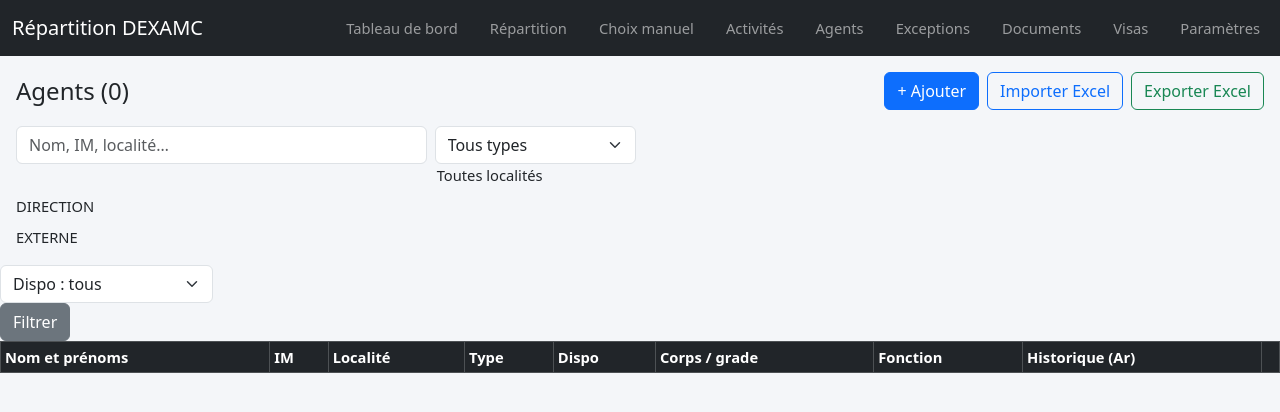
Repository: Mikandry/vacation
Page: http://localhost/agents
The author's editor kept a copy of each file at every save. The page is drawn from the files as they stood at one save, then again after the next save.
The browser window is 1280 px wide. The pictures show the whole page.
The page is served by the project's Laravel application, run on PHP 8.4 with Laravel 12. Other server files are loaded and not shown. Queries for data that is not in the repository find no rows.

Above is the page before, as saved 2026-10-18 22:17:21.

### routes/web.php
<?php
use App\Http\Controllers\{ActivityController, AgentController, DashboardController, DistributionController, DocumentController, ExceptionController, ManualController, SettingController, VisaController};
use Illuminate\Support\Facades\Route;

// Pour protéger l'application : installer Laravel Breeze puis remplacer [] par ['auth'].
Route::middleware([])->group(function () {
    Route::get('/', [DashboardController::class, 'index'])->name('dashboard');

    Route::get('/repartition', [DistributionController::class, 'index'])->name('distribution.index');
    Route::post('/repartition/run', [DistributionController::class, 'run'])->name('distribution.run');
    Route::post('/repartition/redraw', [DistributionController::class, 'redraw'])->name('distribution.redraw');
    Route::post('/repartition/archive', [DistributionController::class, 'archive'])->name('distribution.archive');
    Route::get('/repartition/recap.{format}', [DistributionController::class, 'recap'])->name('distribution.recap');

    Route::resource('activities', ActivityController::class)->except('show');

    Route::get('/agents/import', [AgentController::class, 'importForm'])->name('agents.import.form');
    Route::post('/agents/import', [AgentController::class, 'import'])->name('agents.import');
    Route::get('/agents/export', [AgentController::class, 'export'])->name('agents.export');
    Route::resource('agents', AgentController::class)->except('show');

    Route::get('/exceptions', [ExceptionController::class, 'index'])->name('exceptions.index');
    Route::post('/exceptions', [ExceptionController::class, 'set'])->name('exceptions.set');

    Route::get('/parametres', [SettingController::class, 'index'])->name('settings.index');
    Route::post('/parametres', [SettingController::class, 'update'])->name('settings.update');
    Route::get('/visas', [VisaController::class, 'index'])->name('visas.index');
    Route::post('/visas', [VisaController::class, 'update'])->name('visas.update');

    Route::get('/documents', [DocumentController::class, 'index'])->name('documents.index');
    Route::get('/documents/{activity}/{type}/{format}', [DocumentController::class, 'export'])->name('documents.export');
    Route::get('/choix', [ManualController::class, 'matrix'])->name('choix.matrix');
Route::post('/choix/toggle', [ManualController::class, 'toggle'])->name('choix.toggle');
Route::post('/choix/appliquer', [ManualController::class, 'apply'])->name('choix.apply');
Route::get('/choix/{activity}', [ManualController::class, 'show'])->name('choix.show');
Route::post('/choix/{activity}', [ManualController::class, 'save'])->name('choix.save');
Route::post('/choix/{activity}/externe', [ManualController::class, 'addExternal'])->name('choix.external');
Route::post('/choix/{activity}/auto', [ManualController::class, 'auto'])->name('choix.auto');

    });

### app/Http/Controllers/AgentController.php
<?php
namespace App\Http\Controllers;

use App\Models\Agent;
use App\Services\AgentImportService;
use App\Services\DocumentExporter;
use Illuminate\Http\Request;

class AgentController extends Controller
{
        public function index(Request $r)
    {
        $agents = Agent::query()
            ->when($r->q, fn($q, $v) => $q->where(fn($w) => $w->where('name', 'like', "%$v%")->orWhere('im', 'like', "%$v%")->orWhere('locality', 'like', "%$v%")))
            ->when($r->type, fn($q, $v) => $q->where('type', $v))
            ->when($r->locality, fn($q, $v) => $q->where('locality', $v))
            ->when($r->filled('dispo'), fn($q) => $q->where('available', $r->dispo === '1'))
            ->orderBy('name')->paginate(50)->withQueryString();

        $localities = Agent::whereNotNull('locality')->where('locality', '!=', '')
            ->distinct()->orderBy('locality')->pluck('locality');

        return view('agents.index', ['agents' => $agents, 'total' => Agent::count(), 'localities' => $localities]);
    }
    public function create() { return view('agents.form', ['agent' => new Agent(['type' => 'DIRECTION', 'available' => true, 'history_amount' => 0])]); }
    public function store(Request $r) { Agent::create($this->data($r)); return redirect()->route('agents.index')->with('ok', 'Agent ajouté.'); }
    public function edit(Agent $agent) { return view('agents.form', ['agent' => $agent]); }
    public function update(Request $r, Agent $agent) { $agent->update($this->data($r)); return redirect()->route('agents.index')->with('ok', 'Agent modifié.'); }
    public function destroy(Agent $agent) { $agent->delete(); return back()->with('ok', 'Agent supprimé.'); }

    private function data(Request $r): array
    {
        $d = $r->validate(['name' => 'required|string|max:255', 'im' => 'nullable|string|max:30', 'locality' => 'nullable|string|max:80', 'type' => 'required|in:DIRECTION,EXTERNE',
            'corps' => 'nullable|string|max:120', 'grade' => 'nullable|string|max:120', 'indice' => 'nullable|string|max:20', 'function' => 'nullable|string|max:150',
            'history_amount' => 'nullable|integer|min:0', 'draw_order' => 'nullable|integer|min:0', 'notes' => 'nullable|string']);
        $d['available'] = $r->boolean('available');
        $d['history_amount'] = $d['history_amount'] ?? 0;
        if (empty($d['draw_order'])) unset($d['draw_order']);
        return $d;
    }

    public function importForm() { return view('agents.import'); }
    public function import(Request $r, AgentImportService $svc)
    {
        $r->validate(['file' => 'required|file|mimes:xlsx,xls,csv,txt|max:10240']);
        try { $res = $svc->import($r->file('file')->getRealPath()); }
        catch (\Throwable $e) { return back()->withErrors(['file' => $e->getMessage()]); }
        return redirect()->route('agents.index')->with('ok', "Import terminé : {$res['created']} créé(s), {$res['updated']} mis à jour, {$res['exc']} exception(s).");
    }
    public function export(DocumentExporter $ex) { return $ex->agentsExcel(); }
}

### app/Http/Controllers/Controller.php
<?php
namespace App\Http\Controllers;

abstract class Controller {}

### app/Models/Agent.php
<?php
namespace App\Models;
use Illuminate\Database\Eloquent\Model;

class Agent extends Model
{
    protected $fillable = ['name', 'im', 'locality', 'type', 'available', 'corps', 'grade', 'indice', 'function', 'history_amount', 'draw_order', 'notes'];
    protected $casts = ['available' => 'boolean'];

    protected static function booted(): void
    {
        static::creating(function (Agent $a) {
            if (!$a->draw_order) $a->draw_order = random_int(1, 100000);
            if (!$a->type) $a->type = 'DIRECTION';
        });
    }
    public function assignments() { return $this->hasMany(Assignment::class); }
    public function exceptions() { return $this->hasMany(AgentException::class); }
    public function activities() { return $this->belongsToMany(Activity::class, 'assignments')->withPivot('forced'); }
    public function isDirection(): bool { return $this->type === 'DIRECTION'; }
}

### resources/views/agents/index.blade.php
@extends('layouts.app')
@section('title','Agents')
@section('content')
<div class="d-flex flex-wrap gap-2 align-items-center mb-3">
 <h4 class="mb-0 me-auto">Agents ({{ $total }})</h4>
 <a class="btn btn-primary" href="{{ route('agents.create') }}">+ Ajouter</a>
 <a class="btn btn-outline-primary" href="{{ route('agents.import.form') }}">Importer Excel</a>
 <a class="btn btn-outline-success" href="{{ route('agents.export') }}">Exporter Excel</a>
</div>
<form class="row g-2 mb-3" method="get">
 <div class="col-md-4"><input name="q" value="{{ request('q') }}" class="form-control" placeholder="Nom, IM, localité…"></div>
 <div class="col-md-2"><select name="type" class="form-select"><option value="">Tous types
     <div class="col-md-3"><select name="locality" class="form-select"><option value="">Toutes localités</option>@foreach($localities as $l)<option value="{{ $l }}" @selected(request('locality')==$l)>{{ $l }}</option>@endforeach</select></div>
    </option>@foreach(['DIRECTION','EXTERNE'] as $t)<option @selected(request('type')==$t)>{{ $t }}</option>@endforeach</select></div>
 <div class="col-md-2"><select name="dispo" class="form-select"><option value="">Dispo : tous</option><option value="1" @selected(request('dispo')==='1')>Disponibles</option><option value="0" @selected(request('dispo')==='0')>Indisponibles</option></select></div>
 <div class="col-auto"><button class="btn btn-secondary">Filtrer</button></div>
</form>
<table class="table table-sm table-bordered bg-white align-middle"><thead class="table-dark"><tr><th>Nom et prénoms</th><th>IM</th><th>Localité</th><th>Type</th><th>Dispo</th><th>Corps / grade</th><th>Fonction</th><th>Historique (Ar)</th><th></th></tr></thead>
@foreach($agents as $a)<tr class="{{ $a->available?'':'text-muted' }}"><td>{{ $a->name }}</td><td>{{ $a->im }}</td><td>{{ $a->locality }}</td><td><span class="badge text-bg-{{ $a->type=='DIRECTION'?'primary':'info' }}">{{ $a->type }}</span></td><td>{{ $a->available?'oui':'non' }}</td>
 <td class="small">{{ $a->corps }} {{ $a->grade }}</td><td class="small">{{ $a->function }}</td><td class="text-end">{{ number_format($a->history_amount,0,',',' ') }}</td>
 <td class="text-nowrap"><a class="btn btn-sm btn-outline-primary" href="{{ route('agents.edit',$a) }}">Modifier</a>
 <form method="post" action="{{ route('agents.destroy',$a) }}" class="d-inline" onsubmit="return confirm('Supprimer cet agent ?')">@csrf @method('DELETE')<button class="btn btn-sm btn-outline-danger">✕</button></form></td></tr>@endforeach
</table>
{{ $agents->links('pagination::bootstrap-5') }}
@endsection

### resources/views/layouts/app.blade.php
<!doctype html>
<html lang="fr">
<head>
<meta charset="utf-8"><meta name="viewport" content="width=device-width, initial-scale=1">
<meta name="csrf-token" content="{{ csrf_token() }}">
<title>@yield('title', 'Répartition des agents')</title>
<head><link rel="icon" type="image/svg+xml" href="{{ asset('favicon.svg') }}"> </head>
{{-- <link rel="icon" type="image/png" href="{{ asset('logo.png') }}">. --}}

<link href="https://cdn.jsdelivr.net/npm/bootstrap@5.3.3/dist/css/bootstrap.min.css" rel="stylesheet">
<style>
 body{background:#f4f6f9;font-size:.92rem} .kpi{background:#fff;border-radius:.6rem;padding:.8rem 1rem;box-shadow:0 1px 3px rgba(0,0,0,.08)}
 .kpi .v{font-size:1.5rem;font-weight:700;color:#1f3a5f} .kpi .l{font-size:.75rem;color:#666;text-transform:uppercase}
 .table-sm td,.table-sm th{vertical-align:middle} .dot{display:inline-block;width:.9rem;height:.9rem;border-radius:50%;background:#1976d2}
 .st-Équilibré{background:#c8e6c9}.st-Sur-chargé{background:#ffcdd2}.st-Sous-chargé{background:#ffe0b2}.st-Externe{background:#e1f5fe}.st-Indisponible{background:#eee;color:#777}
 .sticky th{position:sticky;top:0;background:#1f3a5f;color:#fff;z-index:2}
</style>
</head>
<body>
<nav class="navbar navbar-expand-lg navbar-dark bg-dark mb-3">
 <div class="container-fluid">
  <a class="navbar-brand" href="{{ route('dashboard') }}">Répartition {{ \App\Models\Setting::all_()['direction'] }}</a>
  <div class="navbar-nav flex-row flex-wrap gap-3">
   <a class="nav-link" href="{{ route('dashboard') }}">Tableau de bord</a>
   <a class="nav-link" href="{{ route('distribution.index') }}">Répartition</a>
   <a class="nav-link" href="{{ route('choix.matrix') }}">Choix manuel</a>
   <a class="nav-link" href="{{ route('activities.index') }}">Activités</a>
   <a class="nav-link" href="{{ route('agents.index') }}">Agents</a>
   <a class="nav-link" href="{{ route('exceptions.index') }}">Exceptions</a>
   <a class="nav-link" href="{{ route('documents.index') }}">Documents</a>
   <a class="nav-link" href="{{ route('visas.index') }}">Visas</a>
   <a class="nav-link" href="{{ route('settings.index') }}">Paramètres</a>
  </div>
 </div>
</nav>
<div class="container-fluid px-3">
 @if(session('ok'))<div class="alert alert-success">{{ session('ok') }}</div>@endif
 @if($errors->any())<div class="alert alert-danger"><ul class="mb-0">@foreach($errors->all() as $e)<li>{{ $e }}</li>@endforeach</ul></div>@endif
 @yield('content')
</div>
@stack('scripts')
</body>
</html>

### app/Models/Setting.php
<?php
namespace App\Models;
use Illuminate\Database\Eloquent\Model;

class Setting extends Model
{
    protected $primaryKey = 'key';
    public $incrementing = false;
    protected $keyType = 'string';
    public $timestamps = false;
    protected $fillable = ['key', 'value'];

    public const DEFAULTS = [
        'direction' => 'DEXAMC',
        'session' => '2026',
        'ministry' => "MINISTERE DE L’EDUCATION NATIONALE",
        'decision_number' => '          -2026/MEN',
        'place' => 'Antananarivo',
        'decision_date' => '',
        'authority' => "LE MINISTRE DE L’EDUCATION NATIONALE,",
        'signatory' => "Le Ministre de l’Education Nationale",
        'ref_arrete' => "l’Arrêté Interministériel N°16166/2025 du 19 juin 2025",
        'budget_mission' => '812',
        'budget_indicator' => '314',
        'budget_section' => '00.81.0. E43.00000',
        'budget_account' => '6031',
        'budget_ordsec' => '00.812.2.00000',
        'auto' => 'OUI',          // répartition automatique
        'use_history' => 'OUI',   // tenir compte de l'historique
        'tolerance' => '20',      // % autour de la moyenne
        'threshold_ok' => '90',   // % d'agents dans la tolérance => ÉQUILIBRÉ
        'threshold_acc' => '70',  // => ACCEPTABLE
        'band_step' => '250000',
                'show_flag' => 'OUI',
        'republic' => "REPOBLIKAN'I MADAGASIKARA",
        'motto' => 'Fitiavana - Tanindrazana - Fandrosoana',
        'presence_title' => 'FEUILLE DE PRÉSENCE',
        'presence_line1' => 'Activité : {activite} — Session {session}',
        'presence_line2' => 'Durée : {jours} jour(s) · Direction : {direction} · Agents désignés : {agents} · Lieu : {lieu}',
        'presence_id_width' => '40',
        'etat_title' => 'ÉTAT DE VACATIONS',
        'etat_line1' => 'Activité : {activite} — Session {session}',
        'etat_line2' => '{jours} jour(s) × {taux} Ar/jour — {ref_arrete}',
        'etat_footer' => 'Arrêté le présent état à la somme de {total_lettres} ARIARY.',
        'services' => "SDC/DEXAMC|Service des Diplômes et de la Certification\nBAG/DEXAMC|Bureau des Affaires Générales\nSEE/DEXAMC|Service de l’Evaluation des Epreuves\nSOE/DEXAMC|Service de l’Organisation des Examens",
    ];

    public static function all_(): array
    {
        return array_merge(self::DEFAULTS, static::query()->pluck('value', 'key')->map(fn($v) => (string)$v)->all());
    }
    public static function put(array $values): void
    {
        foreach ($values as $k => $v) {
            if (array_key_exists($k, self::DEFAULTS)) static::updateOrCreate(['key' => $k], ['value' => (string)$v]);
        }
    }
}

After the next save:
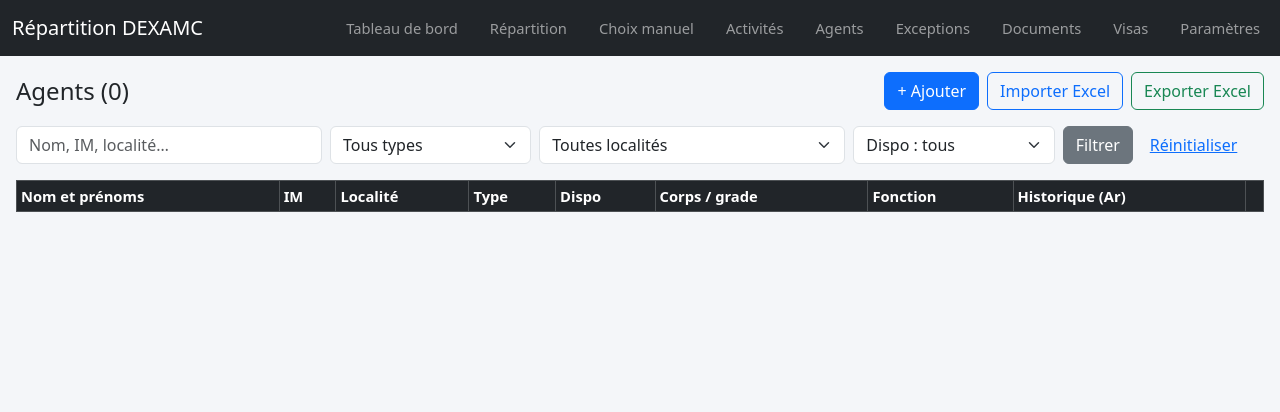
Saved 63 s later.
--- a/resources/views/agents/index.blade.php
+++ b/resources/views/agents/index.blade.php
@@ -7,19 +7,57 @@
  <a class="btn btn-outline-primary" href="{{ route('agents.import.form') }}">Importer Excel</a>
  <a class="btn btn-outline-success" href="{{ route('agents.export') }}">Exporter Excel</a>
 </div>
+
 <form class="row g-2 mb-3" method="get">
- <div class="col-md-4"><input name="q" value="{{ request('q') }}" class="form-control" placeholder="Nom, IM, localité…"></div>
- <div class="col-md-2"><select name="type" class="form-select"><option value="">Tous types
-     <div class="col-md-3"><select name="locality" class="form-select"><option value="">Toutes localités</option>@foreach($localities as $l)<option value="{{ $l }}" @selected(request('locality')==$l)>{{ $l }}</option>@endforeach</select></div>
-    </option>@foreach(['DIRECTION','EXTERNE'] as $t)<option @selected(request('type')==$t)>{{ $t }}</option>@endforeach</select></div>
- <div class="col-md-2"><select name="dispo" class="form-select"><option value="">Dispo : tous</option><option value="1" @selected(request('dispo')==='1')>Disponibles</option><option value="0" @selected(request('dispo')==='0')>Indisponibles</option></select></div>
- <div class="col-auto"><button class="btn btn-secondary">Filtrer</button></div>
+ <div class="col-md-3"><input name="q" value="{{ request('q') }}" class="form-control" placeholder="Nom, IM, localité…"></div>
+ <div class="col-md-2">
+  <select name="type" class="form-select">
+   <option value="">Tous types</option>
+   @foreach(['DIRECTION','EXTERNE'] as $t)<option @selected(request('type')==$t)>{{ $t }}</option>@endforeach
+  </select>
+ </div>
+ <div class="col-md-3">
+  <select name="locality" class="form-select">
+   <option value="">Toutes localités</option>
+   @foreach($localities as $l)<option value="{{ $l }}" @selected(request('locality')==$l)>{{ $l }}</option>@endforeach
+  </select>
+ </div>
+ <div class="col-md-2">
+  <select name="dispo" class="form-select">
+   <option value="">Dispo : tous</option>
+   <option value="1" @selected(request('dispo')==='1')>Disponibles</option>
+   <option value="0" @selected(request('dispo')==='0')>Indisponibles</option>
+  </select>
+ </div>
+ <div class="col-auto">
+  <button class="btn btn-secondary">Filtrer</button>
+  <a class="btn btn-link" href="{{ route('agents.index') }}">Réinitialiser</a>
+ </div>
 </form>
-<table class="table table-sm table-bordered bg-white align-middle"><thead class="table-dark"><tr><th>Nom et prénoms</th><th>IM</th><th>Localité</th><th>Type</th><th>Dispo</th><th>Corps / grade</th><th>Fonction</th><th>Historique (Ar)</th><th></th></tr></thead>
-@foreach($agents as $a)<tr class="{{ $a->available?'':'text-muted' }}"><td>{{ $a->name }}</td><td>{{ $a->im }}</td><td>{{ $a->locality }}</td><td><span class="badge text-bg-{{ $a->type=='DIRECTION'?'primary':'info' }}">{{ $a->type }}</span></td><td>{{ $a->available?'oui':'non' }}</td>
- <td class="small">{{ $a->corps }} {{ $a->grade }}</td><td class="small">{{ $a->function }}</td><td class="text-end">{{ number_format($a->history_amount,0,',',' ') }}</td>
- <td class="text-nowrap"><a class="btn btn-sm btn-outline-primary" href="{{ route('agents.edit',$a) }}">Modifier</a>
- <form method="post" action="{{ route('agents.destroy',$a) }}" class="d-inline" onsubmit="return confirm('Supprimer cet agent ?')">@csrf @method('DELETE')<button class="btn btn-sm btn-outline-danger">✕</button></form></td></tr>@endforeach
+
+<table class="table table-sm table-bordered bg-white align-middle">
+ <thead class="table-dark">
+  <tr><th>Nom et prénoms</th><th>IM</th><th>Localité</th><th>Type</th><th>Dispo</th><th>Corps / grade</th><th>Fonction</th><th>Historique (Ar)</th><th></th></tr>
+ </thead>
+ @foreach($agents as $a)
+ <tr class="{{ $a->available?'':'text-muted' }}">
+  <td>{{ $a->name }}</td>
+  <td>{{ $a->im }}</td>
+  <td>{{ $a->locality }}</td>
+  <td><span class="badge text-bg-{{ $a->type=='DIRECTION'?'primary':'info' }}">{{ $a->type }}</span></td>
+  <td>{{ $a->available?'oui':'non' }}</td>
+  <td class="small">{{ $a->corps }} {{ $a->grade }}</td>
+  <td class="small">{{ $a->function }}</td>
+  <td class="text-end">{{ number_format($a->history_amount,0,',',' ') }}</td>
+  <td class="text-nowrap">
+   <a class="btn btn-sm btn-outline-primary" href="{{ route('agents.edit',$a) }}">Modifier</a>
+   <form method="post" action="{{ route('agents.destroy',$a) }}" class="d-inline" onsubmit="return confirm('Supprimer cet agent ?')">
+    @csrf @method('DELETE')
+    <button class="btn btn-sm btn-outline-danger">✕</button>
+   </form>
+  </td>
+ </tr>
+ @endforeach
 </table>
 {{ $agents->links('pagination::bootstrap-5') }}
 @endsection
